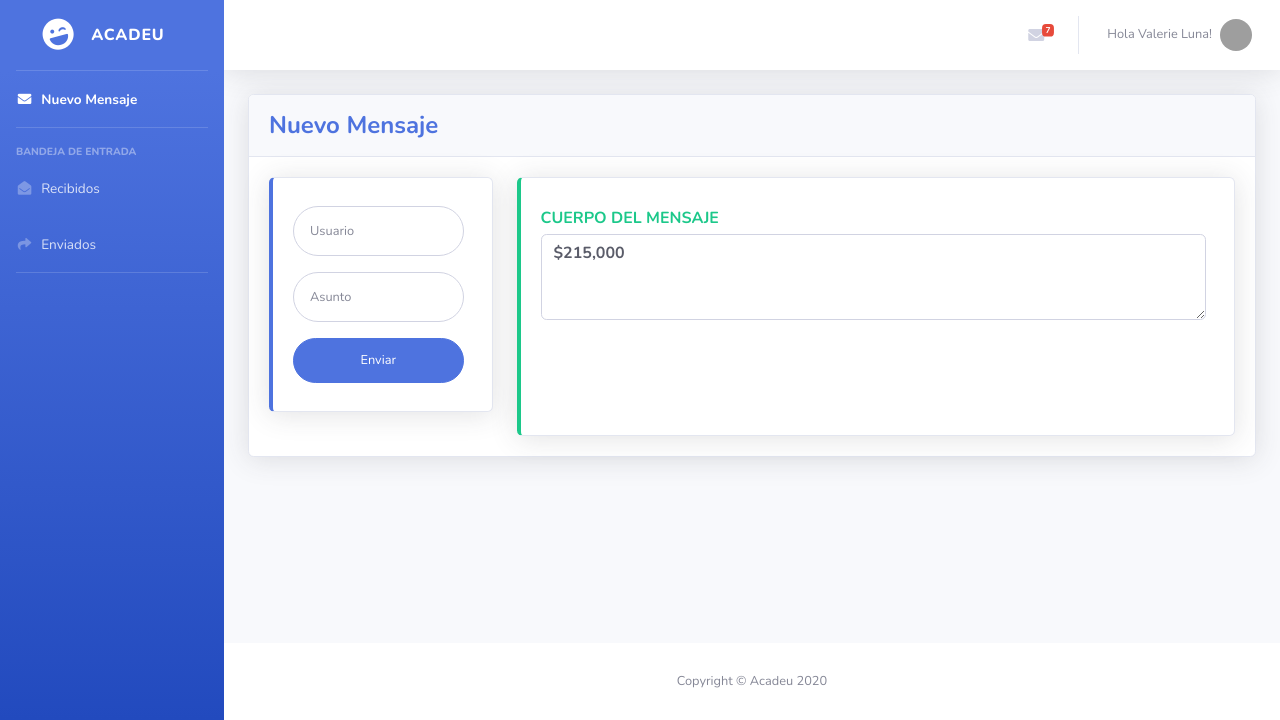
Repository: nicolask92/spring_java_test
Page: http://localhost/nuevo-mensaje
An editor plug-in stored every save of this project. The page is shown before and after the next save, followed by the edit.
The browser window is 1280 px wide. The pictures show the whole page.
Pictures or frames that could not be fetched are drawn as grey boxes. The page is this project's Thymeleaf template; nobody is signed in. Other server files are loaded and not shown. The template is opened directly, without the code that normally fills it, so the values that code supplies are empty.

Above is the page before, as saved 2020-06-13 21:51:31.

### spring-tutorial/src/main/resources/templates/nuevo-mensaje.html
<!DOCTYPE html>
<html xmlns:th="http://www.thymleaf.org">
<head>
<meta charset="utf-8" />
<meta http-equiv="X-UA-Compatible" content="IE=edge" />
<meta name="viewport"
	content="width=device-width, initial-scale=1, shrink-to-fit=no" />
<meta name="description" content="" />
<meta name="author" content="Nicolas Kloster" />

<title>Nuevo Mensaje</title>

<!-- Custom fonts for this template-->
<link th:href="@{/vendor/fontawesome-free/css/all.min.css}"
	rel="stylesheet" type="text/css" />
<link
	href="https://fonts.googleapis.com/css?family=Nunito:200,200i,300,300i,400,400i,600,600i,700,700i,800,800i,900,900i"
	rel="stylesheet" />

<!-- Custom styles for this template-->
<link th:href="@{/css/sb-admin-2.min.css}" rel="stylesheet" />

<!-- Custom styles for this page -->
<link th:href="@{/vendor/datatables/dataTables.bootstrap4.min.css}"
	rel="stylesheet">
</head>
<body id="page-top">

	<!-- Page Wrapper -->
	<div id="wrapper">

		<!-- Sidebar -->
		<ul
			class="navbar-nav bg-gradient-primary sidebar sidebar-dark accordion"
			id="accordionSidebar">

			<!-- Sidebar - Brand -->
			<a
				class="sidebar-brand d-flex align-items-center justify-content-center"
				href="index.html">
				<div class="sidebar-brand-icon rotate-n-15">
					<i class="fas fa-laugh-wink"></i>
				</div>
				<div class="sidebar-brand-text mx-3">Acadeu</div>
			</a>

			<!-- Divider -->
			<hr class="sidebar-divider my-0">

			<!-- Nuevo Mensaje-->
			<li class="nav-item active"><a class="nav-link"
				th:href="@{/nuevo_mensaje}"> <i class="fas fa-fw fa-envelope"></i>
					<span>Nuevo Mensaje</span>
			</a></li>

			<!-- Divider -->
			<hr class="sidebar-divider">

			<!-- Titulo Mensajes Barra Lateral -->
			<div class="sidebar-heading">Bandeja de Entrada</div>

			<!-- Recibidos y Enviados -->
			<li class="nav-item"><a class="nav-link" th:href="@{/index}">
					<i class="fas fa-fw fa-envelope-open"></i> <span>Recibidos</span>
			</a></li>


			<li class="nav-item"><a class="nav-link collapsed"
				th:href="@{/enviados}"> <i class="fas fa-fw fa-share"></i> <span>Enviados</span>
			</a></li>

			<!-- Divider -->
			<hr class="sidebar-divider">


		</ul>
		<!-- End of Sidebar -->

		<!-- Content Wrapper -->
		<div id="content-wrapper" class="d-flex flex-column">

			<!-- Main Content -->
			<div id="content">

				<!-- Topbar -->
				<nav
					class="navbar navbar-expand navbar-light bg-white topbar mb-4 static-top shadow">

					<!-- Sidebar Toggle (Topbar) -->
					<button id="sidebarToggleTop"
						class="btn btn-link d-md-none rounded-circle mr-3">
						<i class="fa fa-bars"></i>
					</button>


					<!-- Topbar Navbar -->
					<ul class="navbar-nav ml-auto">


						<!-- Alertas Mensajes-->

						<li class="nav-item dropdown no-arrow mx-1"><a
							class="nav-link dropdown-toggle" href="#" id="messagesDropdown"
							role="button" data-toggle="dropdown" aria-haspopup="true"
							aria-expanded="false"> <i class="fas fa-envelope fa-fw"></i>
								<!-- Counter - Messages --> <span
								class="badge badge-danger badge-counter">7</span>
						</a> <!-- Dropdown - Messages -->
							<div
								class="dropdown-list dropdown-menu dropdown-menu-right shadow animated--grow-in"
								aria-labelledby="messagesDropdown">
								<h6 class="dropdown-header">Message Center</h6>
								<a class="dropdown-item d-flex align-items-center" href="#">
									<div class="dropdown-list-image mr-3">
										<img class="rounded-circle"
											src="https://source.unsplash.com/fn_BT9fwg_E/60x60" alt="">
										<div class="status-indicator bg-success"></div>
									</div>
									<div class="font-weight-bold">
										<div class="text-truncate">Hi there! I am wondering if
											you can help me with a problem I've been having.</div>
										<div class="small text-gray-500">Emily Fowler · 58m</div>
									</div>
								</a> <a class="dropdown-item d-flex align-items-center" href="#">
									<div class="dropdown-list-image mr-3">
										<img class="rounded-circle"
											src="https://source.unsplash.com/AU4VPcFN4LE/60x60" alt="">
										<div class="status-indicator"></div>
									</div>
									<div>
										<div class="text-truncate">I have the photos that you
											ordered last month, how would you like them sent to you?</div>
										<div class="small text-gray-500">Jae Chun · 1d</div>
									</div>
								</a> <a class="dropdown-item d-flex align-items-center" href="#">
									<div class="dropdown-list-image mr-3">
										<img class="rounded-circle"
											src="https://source.unsplash.com/CS2uCrpNzJY/60x60" alt="">
										<div class="status-indicator bg-warning"></div>
									</div>
									<div>
										<div class="text-truncate">Last month's report looks
											great, I am very happy with the progress so far, keep up the
											good work!</div>
										<div class="small text-gray-500">Morgan Alvarez · 2d</div>
									</div>
								</a> <a class="dropdown-item d-flex align-items-center" href="#">
									<div class="dropdown-list-image mr-3">
										<img class="rounded-circle"
											src="https://source.unsplash.com/Mv9hjnEUHR4/60x60" alt="">
										<div class="status-indicator bg-success"></div>
									</div>
									<div>
										<div class="text-truncate">Am I a good boy? The reason I
											ask is because someone told me that people say this to all
											dogs, even if they aren't good...</div>
										<div class="small text-gray-500">Chicken the Dog · 2w</div>
									</div>
								</a> <a class="dropdown-item text-center small text-gray-500"
									href="#">Read More Messages</a>
							</div></li>

						<div class="topbar-divider d-none d-sm-block"></div>

						<!-- Nav Item - Informacion de Usuario -->
						<li class="nav-item dropdown no-arrow"><a
							class="nav-link dropdown-toggle" href="#" id="userDropdown"
							role="button" data-toggle="dropdown" aria-haspopup="true"
							aria-expanded="false"> <span
								class="mr-2 d-none d-lg-inline text-gray-600 small">Hola
									Valerie Luna!</span> <img class="img-profile rounded-circle"
								src="https://source.unsplash.com/QAB-WJcbgJk/60x60">
						</a> <!-- Dropdown - Logout y Perfil -->
							<div
								class="dropdown-menu dropdown-menu-right shadow animated--grow-in"
								aria-labelledby="userDropdown">
								<a class="dropdown-item" href="#"> <i
									class="fas fa-user fa-sm fa-fw mr-2 text-gray-400"></i> Perfil
								</a>
								<div class="dropdown-divider"></div>
								<a class="dropdown-item" href="#" data-toggle="modal"
									data-target="#logoutModal"> <i
									class="fas fa-sign-out-alt fa-sm fa-fw mr-2 text-gray-400"></i>
									Cerrar Sesion
								</a>
							</div></li>

					</ul>

				</nav>
				<!-- Termina la barra superior -->

				<!-- Begin Page Content -->
				<div class="container-fluid">



					<!-- Mensajes -->
					<div class="card shadow mb-4">
						<div class="card-header py-3">
							<h6 class="m-0 h4 font-weight-bold text-primary">Nuevo
								Mensaje</h6>
						</div>

						<div class="card-body">
							<div class="row">
								<!-- Asunto y Usuario a Enviar -->
								<div class="col-xl-3 col-md-6 mb-4">
									<div class="card border-left-primary shadow h-100 py-2">
										<div class="card-body">
											<div class="row no-gutters align-items-center">
												<div class="col mr-2">
													<form class="user">
														<div class="form-group">
															<input required type="text"
																class="form-control form-control-user"
																id="exampleInputEmail" aria-describedby="emailHelp"
																placeholder="Usuario">
														</div>
														<div class="form-group">
															<input required type="text"
																class="form-control form-control-user"
																id="exampleInputPassword" placeholder="Asunto">
														</div>
														<a href="index.html"
															class="btn btn-primary btn-user btn-block"> Enviar </a>
												</div>
											</div>
										</div>
									</div>
								</div>

								<!-- Cuerpo del mensaje -->
								<div class="col-xl-9 col-md-6 mb-8">
									<div class="card border-left-success shadow h-100 py-2">
										<div class="card-body">
											<div class="row no-gutters align-items-center">
												<div class="col mr-2">
													<div
														class="text-s font-weight-bold text-success text-uppercase mb-1">Cuerpo
														del Mensaje</div>
													<textarea
														class="form-control h6 mb-0 font-weight-bold text-gray-800"
														id="Textarea" rows="3">$215,000</textarea>
												</div>
												</form>
											</div>
										</div>
									</div>
								</div>
							</div>
						</div>
					</div>

				</div>
				<!-- /.container-fluid -->

			</div>
			<!-- End of Main Content -->

			<!-- Footer -->
			<footer class="sticky-footer bg-white">
				<div class="container my-auto">
					<div class="copyright text-center my-auto">
						<span>Copyright &copy; Acadeu 2020</span>
					</div>
				</div>
			</footer>
			<!-- End of Footer -->

		</div>
		<!-- End of Content Wrapper -->

	</div>
	<!-- End of Page Wrapper -->

	<!-- Scroll to Top Button-->
	<a class="scroll-to-top rounded" href="#page-top"> <i
		class="fas fa-angle-up"></i>
	</a>



	<!-- Bootstrap core JavaScript-->
	<script th:src="@{/vendor/jquery/jquery.min.js}"></script>
	<script th:src="@{/vendor/bootstrap/js/bootstrap.bundle.min.js}"></script>

	<!-- Core plugin JavaScript-->
	<script th:src="@{/vendor/jquery-easing/jquery.easing.min.js}"></script>

	<!-- Custom scripts for all pages-->
	<script th:src="@{/js/sb-admin-2.min.js}"></script>

	<!-- Page level plugins -->
	<script th:src="@{/vendor/datatables/jquery.dataTables.min.js}"></script>
	<script th:src="@{/vendor/datatables/dataTables.bootstrap4.min.js}"></script>

	<!-- Page level custom scripts -->
	<script th:src="@{/js/demo/datatables-demo.js}"></script>

	<script>

	</script>

</body>
</html>

### spring-tutorial/src/main/resources/static/js/demo/datatables-demo.js
// Call the dataTables jQuery plugin
$(document).ready(function() {
  $('#dataTable').DataTable({
		"language": {
		      "url": "//cdn.datatables.net/plug-ins/1.10.15/i18n/Spanish.json"
		    }
  });
});

Loaded but not shown: spring-tutorial/src/main/resources/static/css/sb-admin-2.min.css (library); spring-tutorial/src/main/resources/static/js/sb-admin-2.min.js (common file)

After the next save:
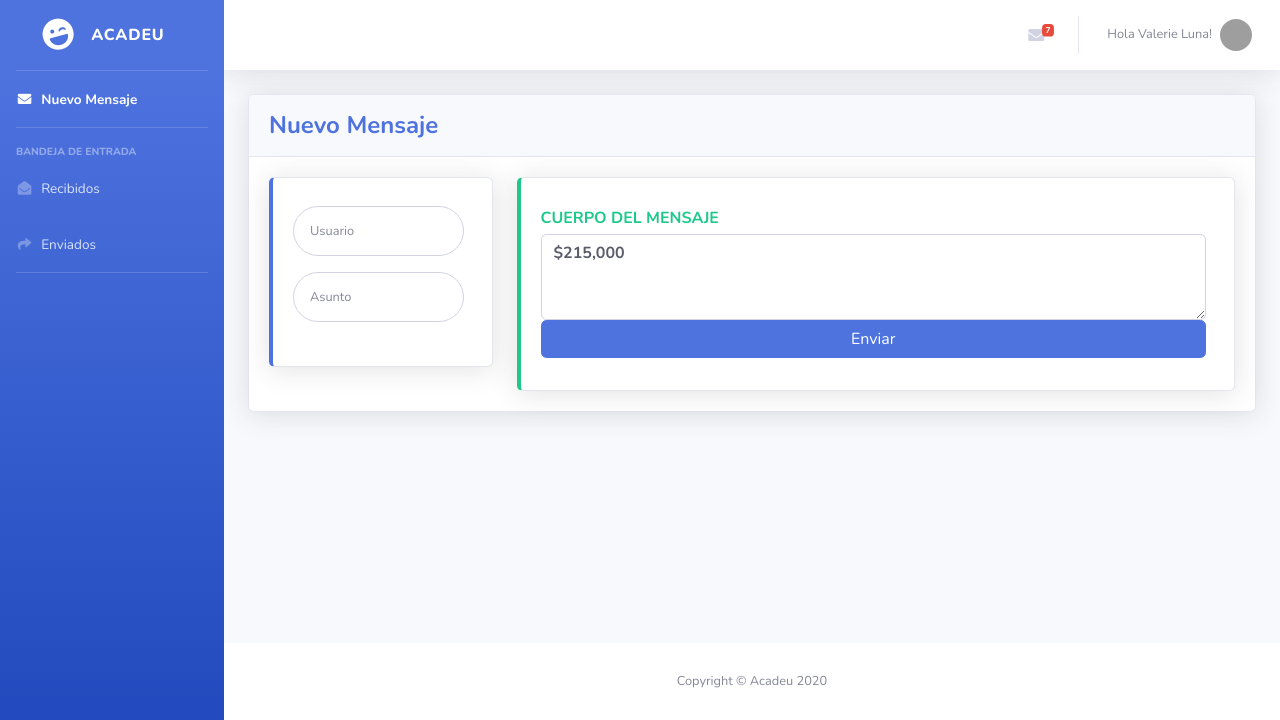
Saved 41 s later.
--- a/spring-tutorial/src/main/resources/templates/nuevo-mensaje.html
+++ b/spring-tutorial/src/main/resources/templates/nuevo-mensaje.html
@@ -222,8 +222,6 @@
 																class="form-control form-control-user"
 																id="exampleInputPassword" placeholder="Asunto">
 														</div>
-														<a href="index.html"
-															class="btn btn-primary btn-user btn-block"> Enviar </a>
 												</div>
 											</div>
 										</div>
@@ -242,6 +240,8 @@
 													<textarea
 														class="form-control h6 mb-0 font-weight-bold text-gray-800"
 														id="Textarea" rows="3">$215,000</textarea>
+														<a href="index.html"
+															class="btn btn-primary btn-user btn-block"> Enviar </a>
 												</div>
 												</form>
 											</div>
